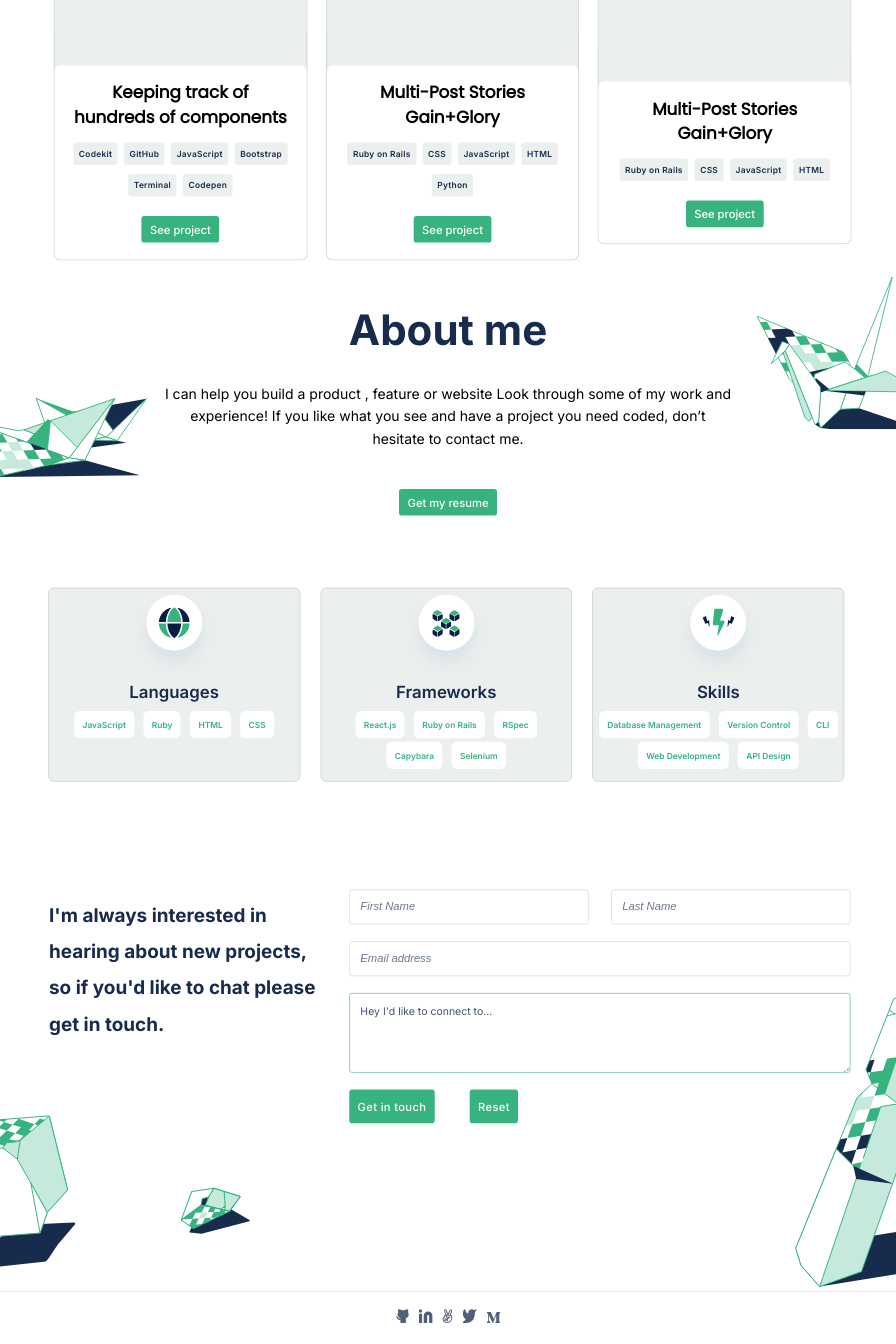
Repository: Salimer/old-Portfolio
Page: index.html
An editor plug-in stored every save of this project. The page is shown before and after the next save, followed by the edit.
The browser window is 1280 px wide. The pictures show the part of the page from y = 1961 to 3881 px (the page is 3881 px tall), at 70% of full size.

Above is the page before, as saved 2023-04-13 16:28:33.
Console error: ReferenceError: add is not defined

After the next save:
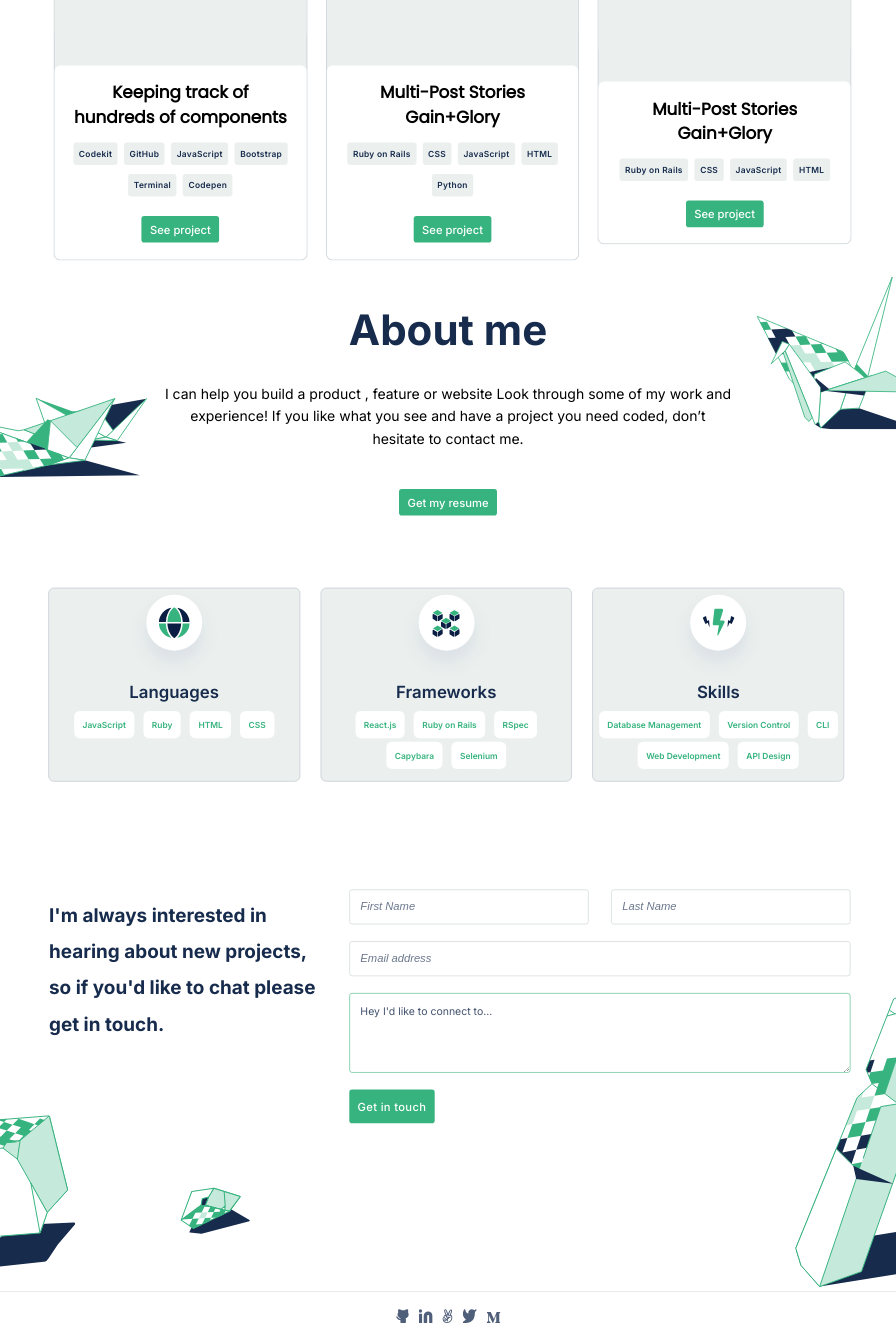
The error is gone.
Saved 4 s later.
--- a/script.js
+++ b/script.js
@@ -108,7 +108,7 @@ submit.addEventListener('click', () => {
   }
 });
 
-add
+addEventListener('')
 if (!localStorage.formStorage) {
   // reset.classList.add('hide');
   reset.classList.toggle('hide');
